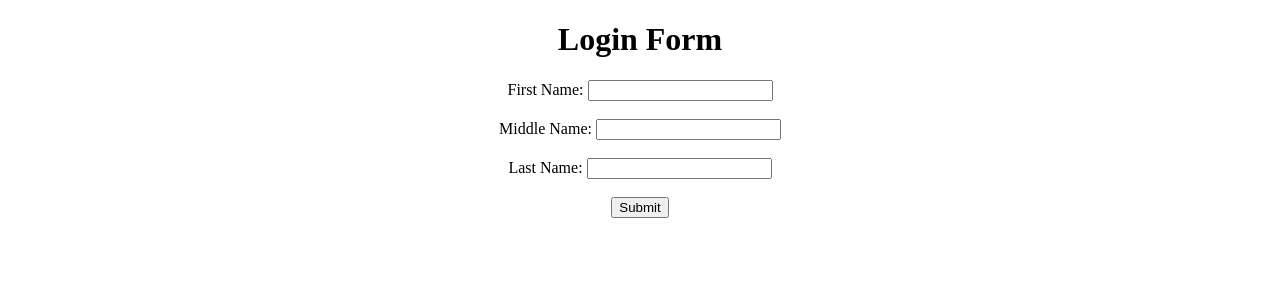
Repository: thatipallyvinod/AdvanceJava
Page: LoginFormApp/src/main/webapp/login.html
These files come from the project's save history. The page is drawn as it stood at one moment and after the next save; the edit follows.
The browser window is 1280 px wide. The pictures show the whole page.

Above is the page before, as saved 2024-03-25 08:56:34.

After the next save:
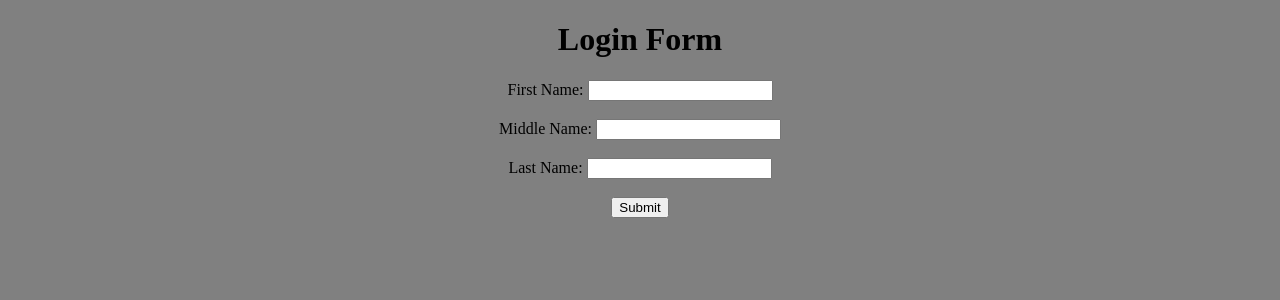
Saved 13 s later.
--- a/LoginFormApp/src/main/webapp/login.html
+++ b/LoginFormApp/src/main/webapp/login.html
@@ -5,7 +5,7 @@
     <meta name="viewport" content="width=device-width, initial-scale=1.0">
     <title>Login Form</title>
 </head>
-<body>
+<body bgcolor="gray">
 <div style="text-align: center;">
     <h1>Login Form</h1>
     <form action="LoginFormServlet" method="GET">
